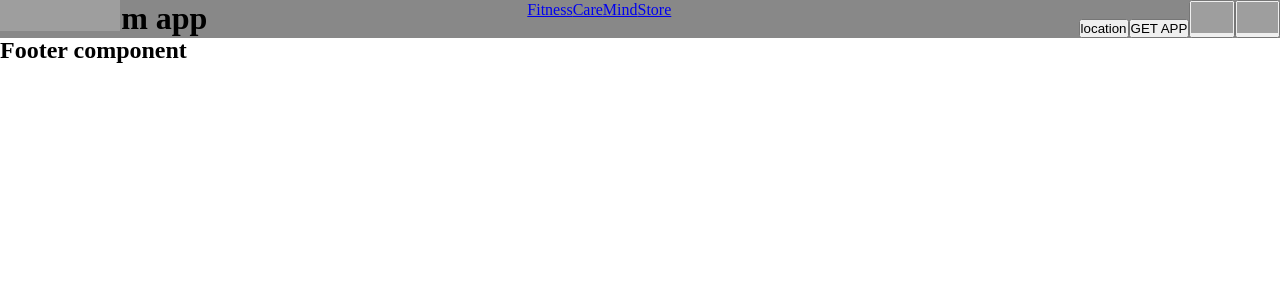
Repository: 1sanjeetsharma/cult-fit-clone
Page: /
The author's editor kept a copy of each file at every save. The page is drawn from the files as they stood at one save, then again after the next save.
The browser window is 1280 px wide. The pictures show the whole page.
Pictures or frames that could not be fetched are drawn as grey boxes. The project was rebuilt for these pictures with package versions that can differ from the ones it lists, and the page was loaded fresh each time. Also part of the build but not shown: vite.config.js.

Above is the page before, as saved 2023-07-22 22:37:49.

After the next save:
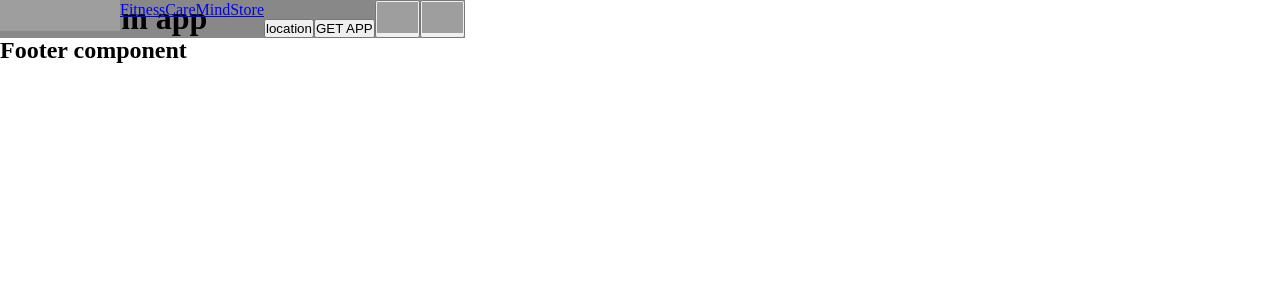
Saved 118 s later.
--- a/src/components/body/Navbar/navbar.css
+++ b/src/components/body/Navbar/navbar.css
@@ -6,7 +6,7 @@
 	position: fixed;
 	display: flexbox;
 	top: 0px;
-
+    height: 60px
 	width: 100%;
 
 	/* align-content: center; */
@@ -31,4 +31,5 @@ nav {
 	justify-content: space-between;
 }
 .tabs {
+
 }
